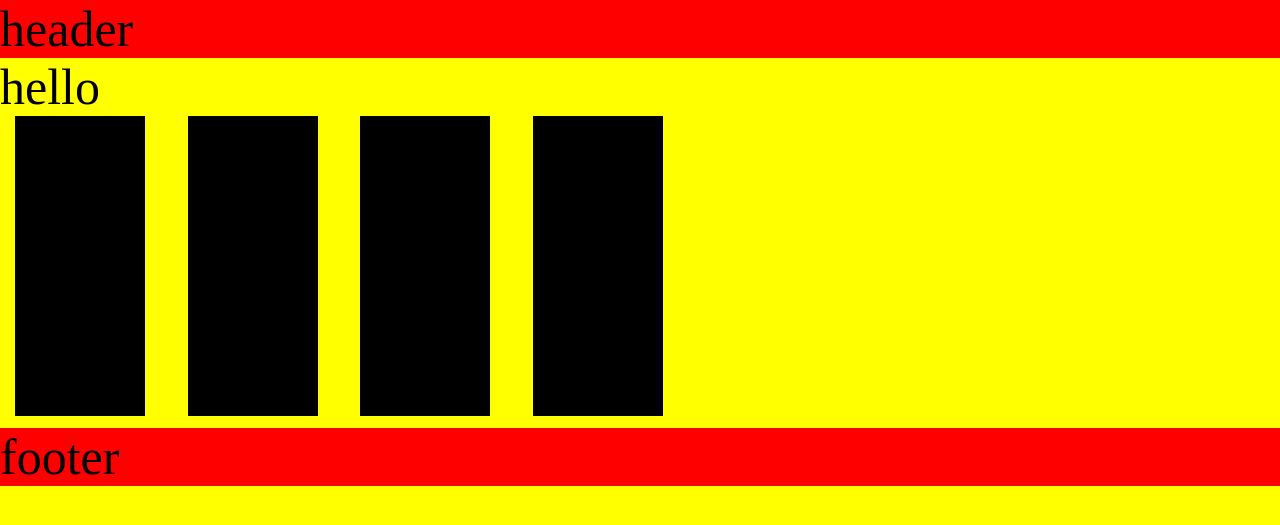
Repository: huanz488/huanz488-github.io
Page: project1/practice.html
The author's editor kept a record of every edit. The page is drawn from the files as they stood at one moment, then again after the next edit.
The browser window is 1280 px wide. The pictures show the whole page.

Above is the page before.

After the next edit:
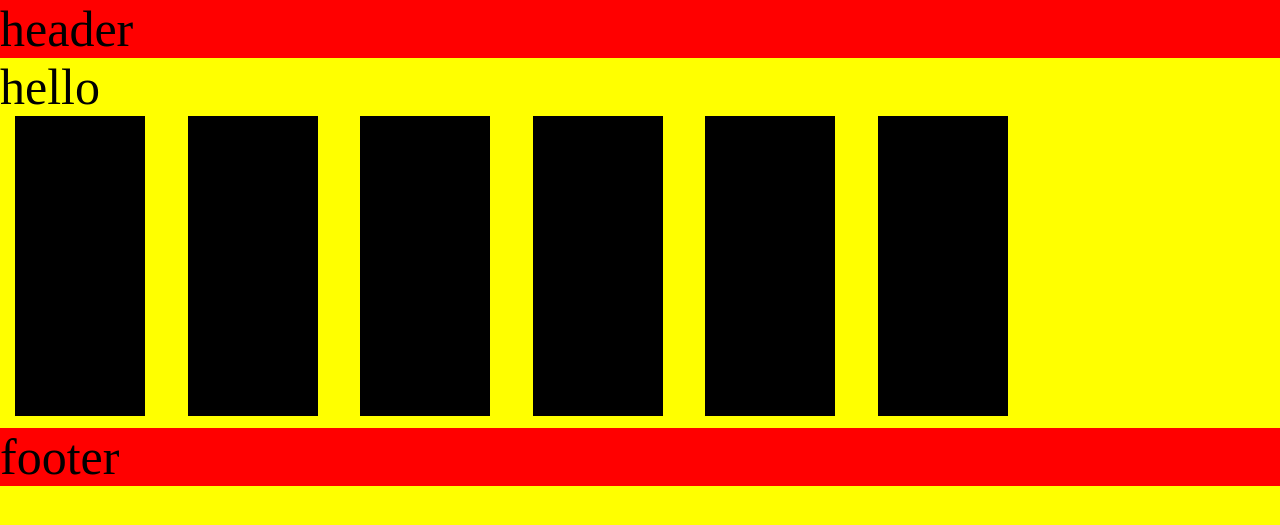
The edit:
--- a/project1/practice.html
+++ b/project1/practice.html
@@ -15,6 +15,8 @@
             <div class="column"></div>
             <div class="column"></div>
             <div class="column"></div>
+            <div class="column"></div>
+            <div class="column"></div>
         </div>
 
         <div class="footer">
